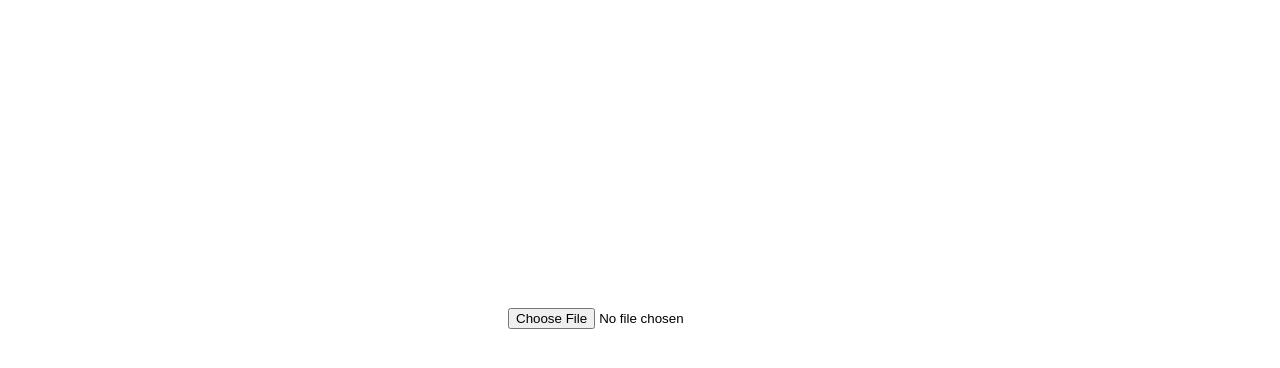
Repository: Gaays/camera-watermark
Page: /
The author's editor kept a copy of each file at every save. The page is drawn from the files as they stood at one save, then again after the next save.
The browser window is 1280 px wide. The pictures show the whole page.
The project was rebuilt for these pictures with package versions that can differ from the ones it lists, and the page was loaded fresh each time. Also part of the build but not shown: vue.config.js.

Above is the page before, as saved 2024-08-17 20:36:19.

### src/App.vue
<template>
  <CameraWatermark />
</template>

<script setup>
import CameraWatermark from './components/cameraWatermark.vue'

</script>

<style>
*{
  box-sizing: border-box;
}
</style>

### src/components/cameraWatermark.vue
<template>
  <div class="content">
    <input type="file" id="fileInput" accept="image/*" @change="handleFileChange">
    <div class="show-box">
      <div class="img-box">
        <img v-if="imgSrc" :src="imgSrc">
      </div>
      <div class="data-box">
        <span>{{ output }}</span>
      </div>
    </div>
  </div>
</template>

<script setup>
import { ref } from 'vue'
import EXIF from 'exif-js'

const output = ref('')
const imgSrc = ref()
const handleFileChange = (event) => {
  const file = event.target.files[0];
  if (file) {
    const reader = new FileReader();

    reader.onload = function (e) {
      const arrayBuffer = e.target.result;
      imgSrc.value = URL.createObjectURL(file);
      const exifData = EXIF.readFromBinaryFile(arrayBuffer);
      // // 显示元信息
      output.value = JSON.stringify(exifData, null, 2);
    };

    reader.readAsArrayBuffer(file);
  }
}
</script>

<!-- Add "scoped" attribute to limit CSS to this component only -->
<style lang="scss" scoped>
.content {
  width: 100%;
  height: 100%;
  padding: 300px 500px;

  .show-box {
    width: 100%;
    height: 100%;
    display: flex;

    .img-box {
      width: 50%;
      height: 100%;

      img {
        width: 100%;
        height: auto;
      }
    }
  }
}</style>

Loaded but not shown: public/index.html (common file); src/main.js (common file)

After the next save:
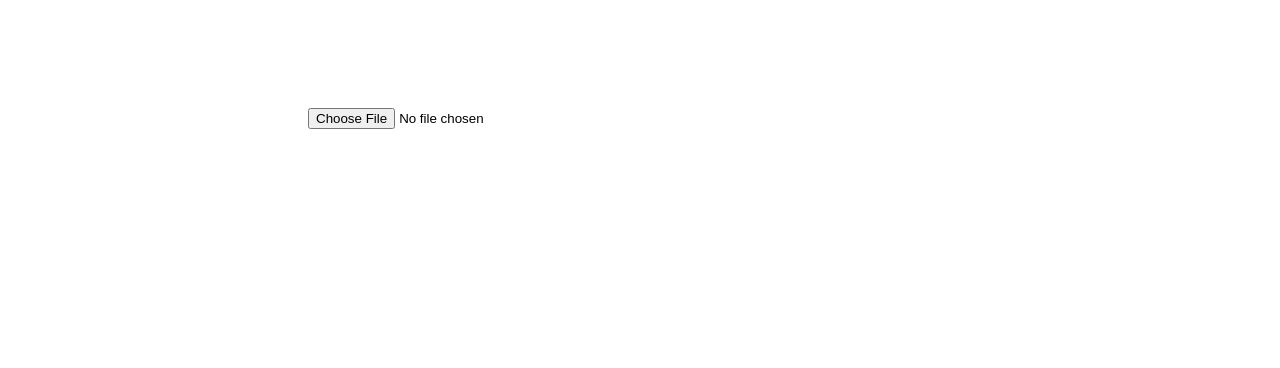
Saved 38 s later.
--- a/src/components/cameraWatermark.vue
+++ b/src/components/cameraWatermark.vue
@@ -41,7 +41,7 @@ const handleFileChange = (event) => {
 .content {
   width: 100%;
   height: 100%;
-  padding: 300px 500px;
+  padding: 100px 300px;
 
   .show-box {
     width: 100%;
